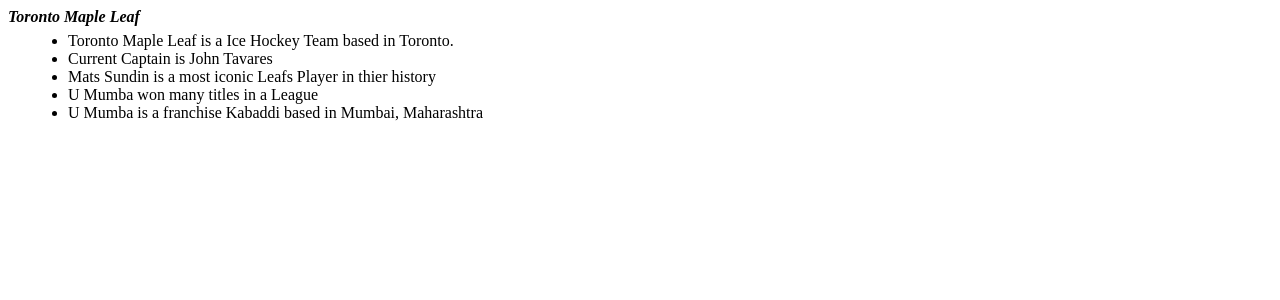
Repository: devanshudave1901/DevanshuDave_Sec002_ICE-05
Page: InfoFiles/torontoMapleLeaf.html
The author's editor kept a copy of each file at every save. The page is drawn from the files as they stood at one save, then again after the next save.
The browser window is 1280 px wide. The pictures show the whole page.

Above is the page before, as saved 2022-03-20 21:21:41.

After the next save:
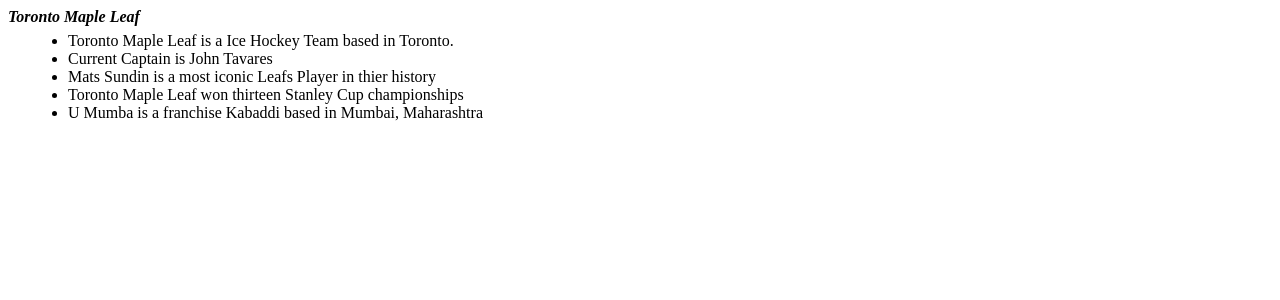
Saved 2 min 52 s later.
--- a/InfoFiles/torontoMapleLeaf.html
+++ b/InfoFiles/torontoMapleLeaf.html
@@ -10,7 +10,7 @@
 <b><i>Toronto Maple Leaf</i></b><ul style="margin: 6px 0px 6px 20px; text-indent: 0pt;"> <li>Toronto Maple Leaf is a Ice Hockey Team based in Toronto.
 <li >Current Captain is </b>John Tavares </li
 ><li >  Mats Sundin is a most iconic Leafs Player in thier history</li>
-<li>U Mumba won many titles in a League</li>
+<li>Toronto Maple Leaf won  thirteen Stanley Cup championships</li>
 <li>U Mumba is a franchise Kabaddi based in Mumbai, Maharashtra</li>
 </div>
 </body>
